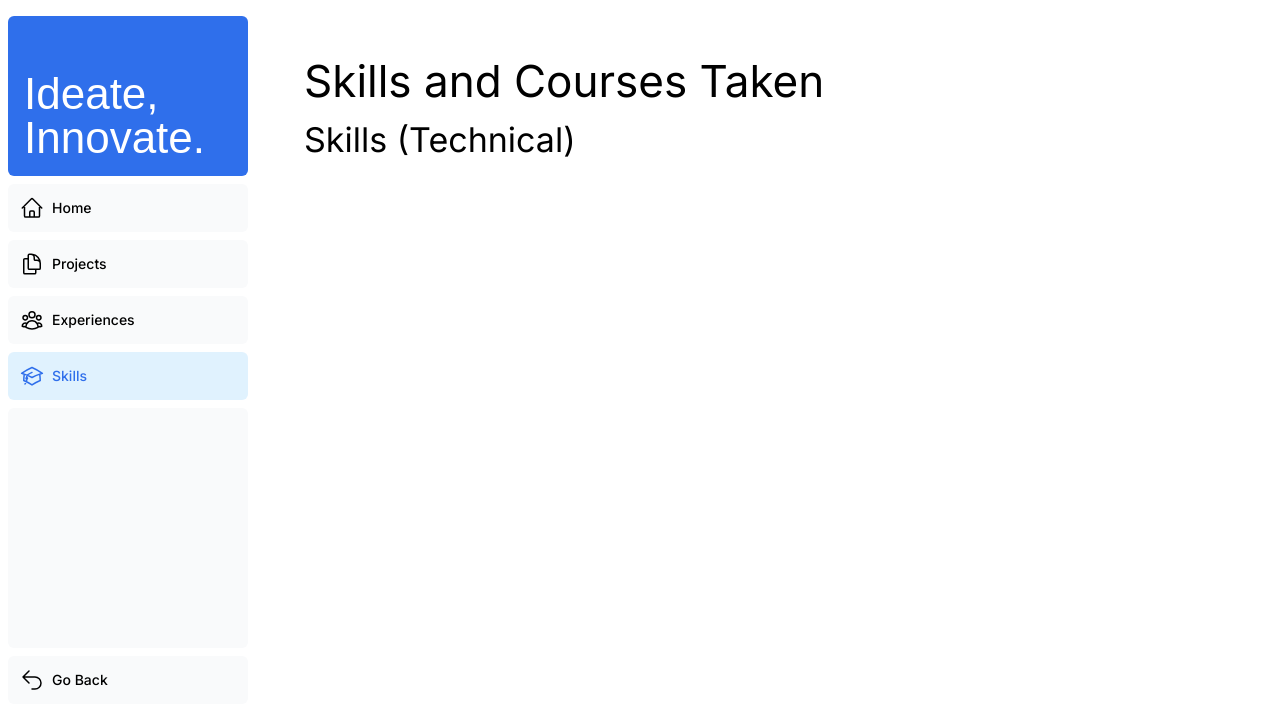
Repository: ThatGirlJam/jaime-portfolio
Page: /dashboard/skills
The author's editor kept a copy of each file at every save. The page is drawn from the files as they stood at one save, then again after the next save.
The browser window is 1280 px wide. The pictures show the whole page.
Some web fonts or font styles are not loaded; a fallback is used. The project was rebuilt for these pictures with package versions that can differ from the ones it lists, and the page was loaded fresh each time. The framework's server and built-in components were replaced by stand-ins that run in the browser. Also part of the build but not shown: next.config.js.

Above is the page before, as saved 2024-04-09 23:21:23.

After the next save:
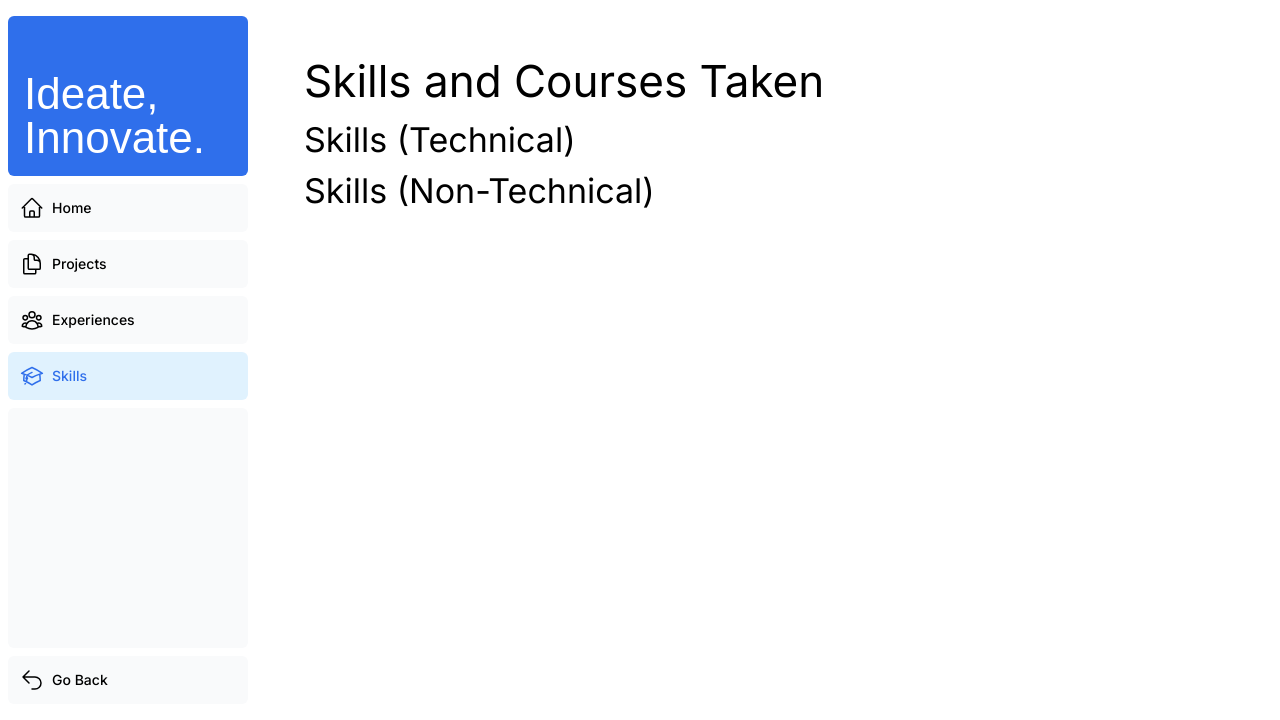
Saved 9 s later.
--- a/app/dashboard/skills/page.tsx
+++ b/app/dashboard/skills/page.tsx
@@ -3,6 +3,7 @@ export default function Page() {
     <div>
       <p className="text-[44px]"> Skills and Courses Taken </p>
       <p className="text-[34px]"> Skills (Technical) </p>
+      <p className="text-[34px]"> Skills (Non-Technical) </p>
     </div>
   );
 }
